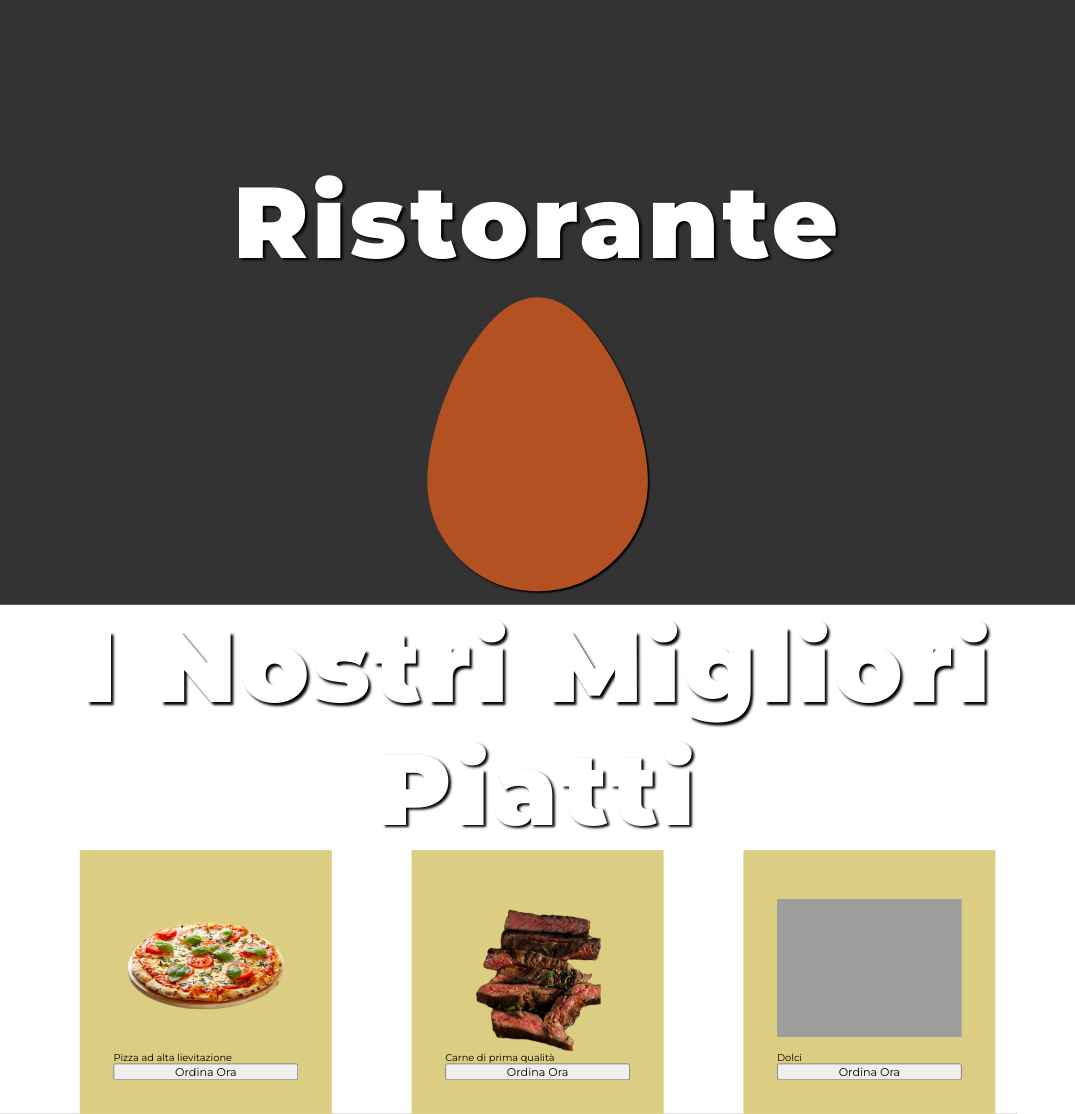
Repository: Probyte5D/ResponsiveFoodWebsite
Page: index.html
These files come from the project's save history. The page is drawn as it stood at one moment and after the next save; the edit follows.
The browser window is 1280 px wide. The pictures show the whole page, at 84% of full size.
Pictures or frames that could not be fetched are drawn as grey boxes. Some web fonts or font styles are not loaded; a fallback is used.

Above is the page before, as saved 2025-04-05 03:31:02.

After the next save:
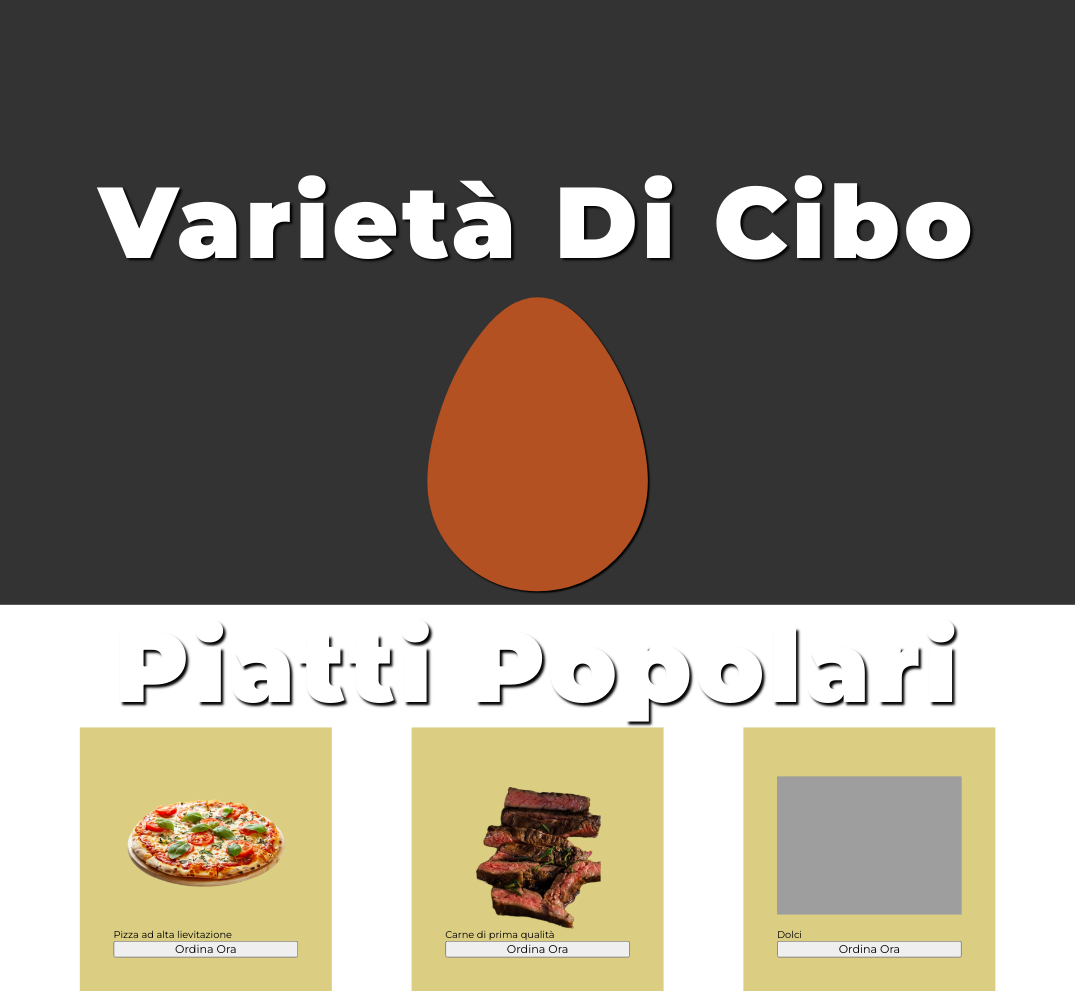
Saved 16 s later.
--- a/index.html
+++ b/index.html
@@ -13,7 +13,7 @@
     <!--section 1-->
     <div class="section-1">
       <h1 class="section-heading">
-        Ristorante
+        Varietà di cibo
       </h1>
       <div class="section-1-Icons">
         <i class="fas fa-cheese change"></i>
@@ -31,7 +31,7 @@
 
   <!--section2-->
   <div class="section-2">
-    <h1 class="section-heading">I nostri migliori piatti</h1>
+    <h1 class="section-heading">Piatti Popolari</h1>
     <div class="cards-container">
       <div class="card">
         <img src="Images/card-img-1.png"class=card-img>

After the save that followed:
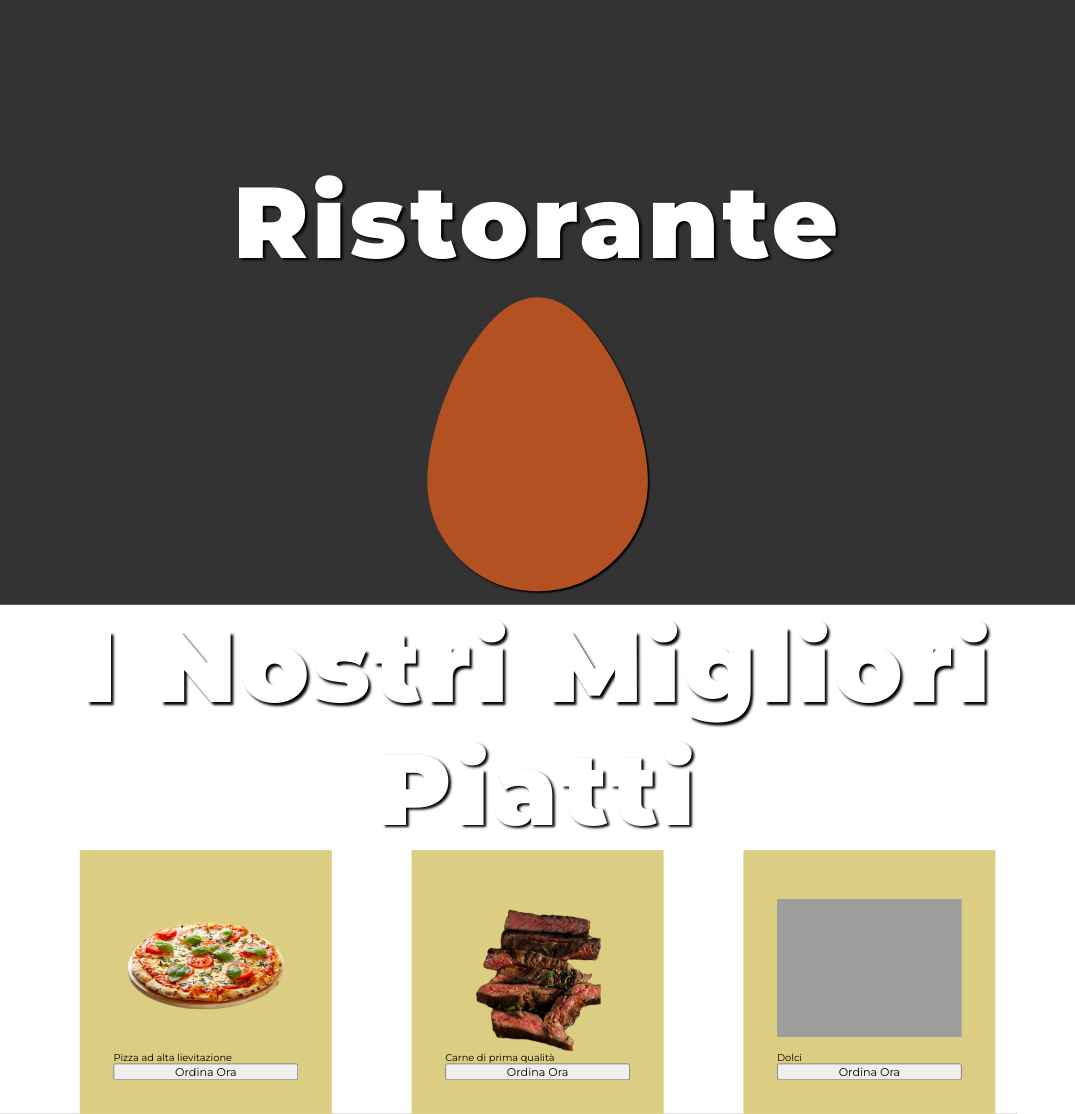
Saved 34 s later.
--- a/index.html
+++ b/index.html
@@ -13,7 +13,7 @@
     <!--section 1-->
     <div class="section-1">
       <h1 class="section-heading">
-        Varietà di cibo
+        Ristorante
       </h1>
       <div class="section-1-Icons">
         <i class="fas fa-cheese change"></i>
@@ -31,7 +31,7 @@
 
   <!--section2-->
   <div class="section-2">
-    <h1 class="section-heading">Piatti Popolari</h1>
+    <h1 class="section-heading">I nostri migliori piatti</h1>
     <div class="cards-container">
       <div class="card">
         <img src="Images/card-img-1.png"class=card-img>
